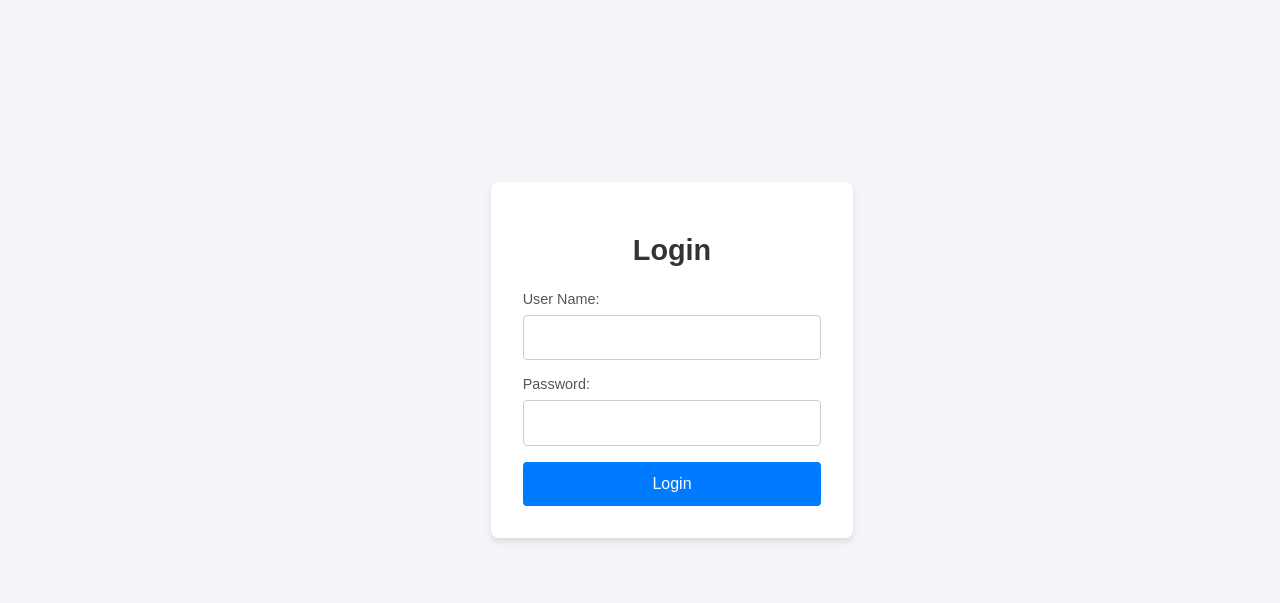
Repository: Nuttawut-Amattong/outtrip
Page: / (app in OutTrip/)
The author's editor kept a copy of each file at every save. The page is drawn from the files as they stood at one save, then again after a run of saves.
The browser window is 1280 px wide. The pictures show the whole page.
The project was rebuilt for these pictures with package versions that can differ from the ones it lists, and the page was loaded fresh each time. Also part of the build but not shown: OutTrip/vite.config.js.

Above is the page before, as saved 2025-05-18 22:22:15.

### OutTrip/src/main.jsx
import { StrictMode } from 'react';
import { createRoot } from 'react-dom/client';
import { BrowserRouter, Routes, Route } from 'react-router-dom';
import Login from './pages/Login.jsx';

createRoot(document.getElementById('root')).render(
  <StrictMode>
    <BrowserRouter>
      <Routes>
        <Route path="/" element={<Login />} />
      </Routes>
    </BrowserRouter>
  </StrictMode>
);

### OutTrip/src/pages/Login.jsx
import { useState } from "react";
import '../CSS/login.css';

function Login() {
    const [user, setUser] = useState("");
    const [password, setPassword] = useState("");

    const handleSubmit = (e) => {
        e.preventDefault();
        console.log("User:", user);
        console.log("Password:", password);
    };

    return (
        <div className="login-container">
            <h1>Login</h1>
            <form onSubmit={handleSubmit}>
                <label htmlFor="user">User Name:</label>
                <input
                    type="text"
                    id="user"
                    value={user}
                    onChange={(e) => setUser(e.target.value)}
                    required
                />
                <label htmlFor="password">Password:</label>
                <input
                    type="password"
                    id="password"
                    value={password}
                    onChange={(e) => setPassword(e.target.value)}
                    required
                />
                <button type="submit">Login</button>
            </form>
        </div>
    );
}

export default Login;

### OutTrip/src/CSS/login.css
body {
    font-family: Arial, sans-serif;
    margin: 0;
    padding: 0;
    background-color: #f4f4f9;
    display: flex;
    justify-content: center;
    align-items: center;
    height: 100vh;
}

.login-container {
    background-color: #ffffff;
    padding: 2rem;
    border-radius: 8px;
    box-shadow: 0 4px 6px rgba(0, 0, 0, 0.1);
    width: 100%;
    max-width: 400px;
}

.login-container h1 {
    font-size: 1.8rem;
    margin-bottom: 1.5rem;
    color: #333333;
    text-align: center;
}

.login-container form {
    display: flex;
    flex-direction: column;
}

.login-container label {
    font-size: 0.9rem;
    margin-bottom: 0.5rem;
    color: #555555;
}

.login-container input[type="text"],
.login-container input[type="user"],
.login-container input[type="password"] {
    padding: 0.8rem;
    margin-bottom: 1rem;
    border: 1px solid #cccccc;
    border-radius: 4px;
    font-size: 1rem;
}

.login-container input[type="text"]:focus,
.login-container input[type="userl"]:focus,
.login-container input[type="password"]:focus {
    border-color: #007bff;
    outline: none;
}

.login-container button {
    padding: 0.8rem;
    background-color: #007bff;
    color: #ffffff;
    border: none;
    border-radius: 4px;
    font-size: 1rem;
    cursor: pointer;
    transition: background-color 0.3s ease;
}

.login-container button:hover {
    background-color: #0056b3;
}

.login-container .forgot-password {
    margin-top: 1rem;
    text-align: center;
}

.login-container .forgot-password a {
    color: #007bff;
    text-decoration: none;
    font-size: 0.9rem;
}

.login-container .forgot-password a:hover {
    text-decoration: underline;
}

Loaded but not shown: OutTrip/index.html (common file)

After the next 4 saves:
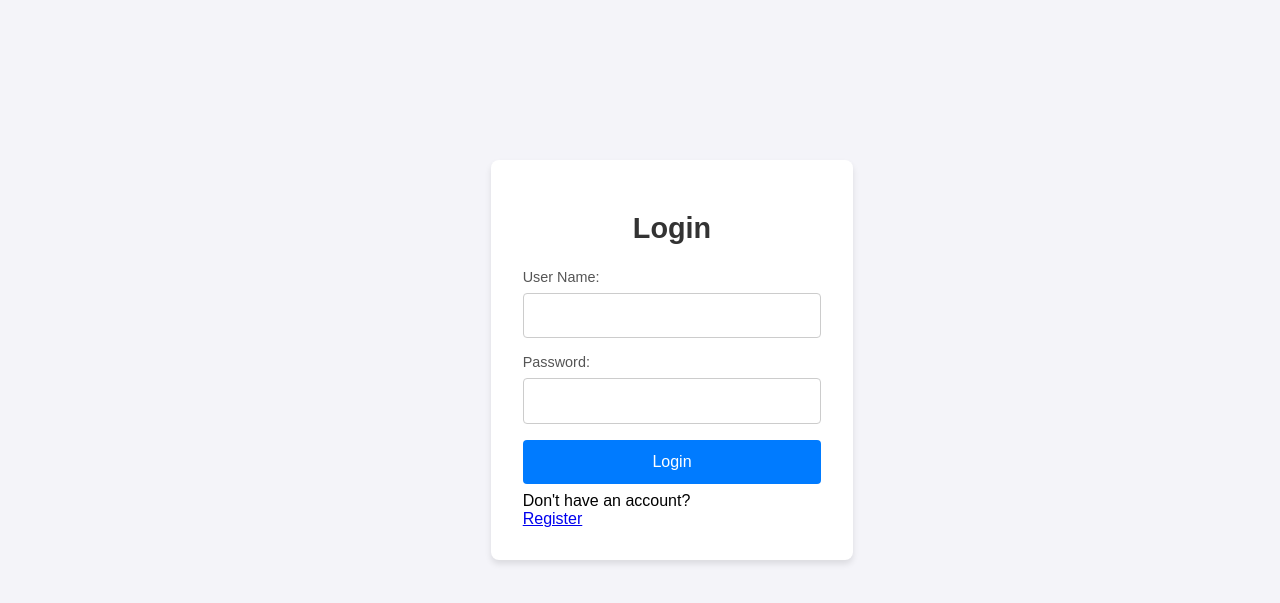
The 4 saves are shown as one change because 1 did not build or start and some came seconds apart.
The last was saved 23 s later.
--- a/OutTrip/src/pages/Login.jsx
+++ b/OutTrip/src/pages/Login.jsx
@@ -32,6 +32,8 @@ function Login() {
                     required
                 />
                 <button type="submit">Login</button>
+                <label htmlFor="register"></label>
+                    Don't have an account? <a href="/register">Register</a>
             </form>
         </div>
     );
